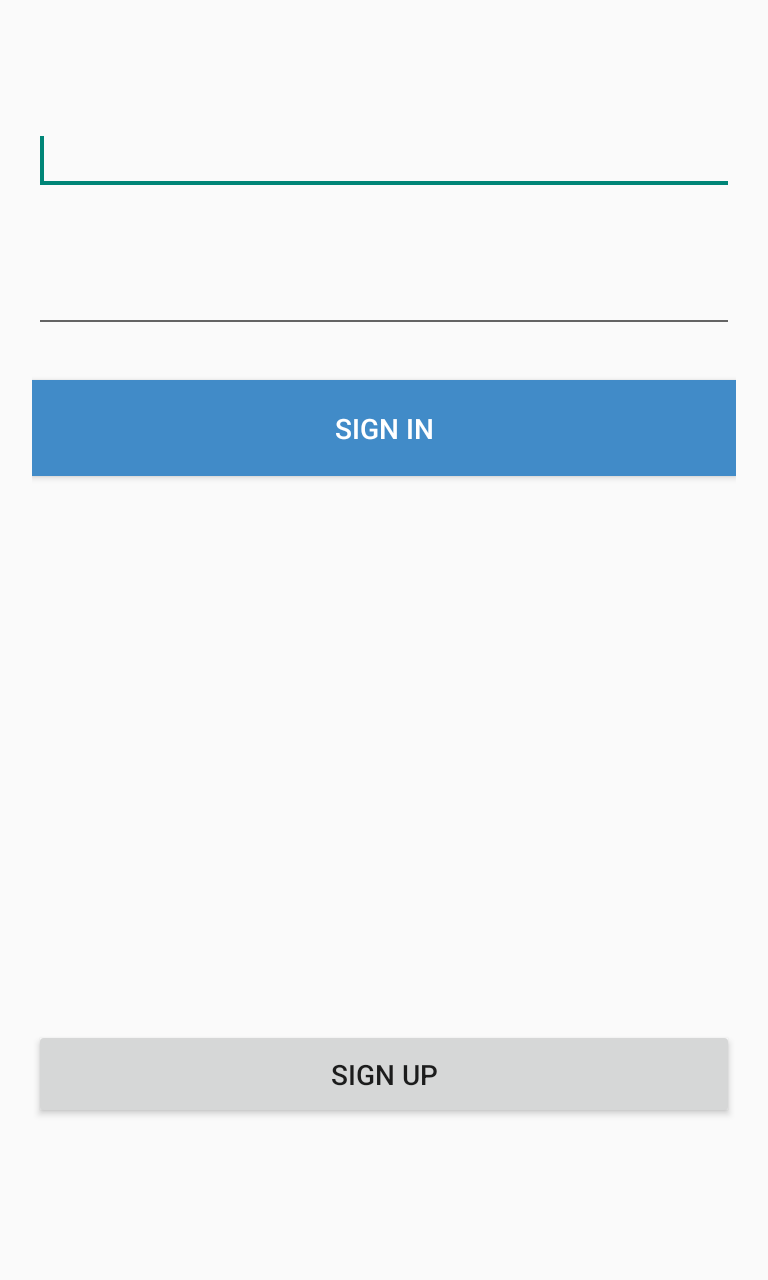
Repository: uditha2233/Anything
Layout: Local Android/AnyThing/AnyThing/res/layout/fragment_login.xml
The author's editor kept a copy of each file at every save. The layout is drawn from the files as they stood at one save, then again after the next save.
It is drawn on a 768 x 1280 px phone screen (xhdpi) without system bars, with theme AppTheme; the app's code is not run.

Above is the layout before, as saved 2014-05-29 03:39:03.

After the next save:
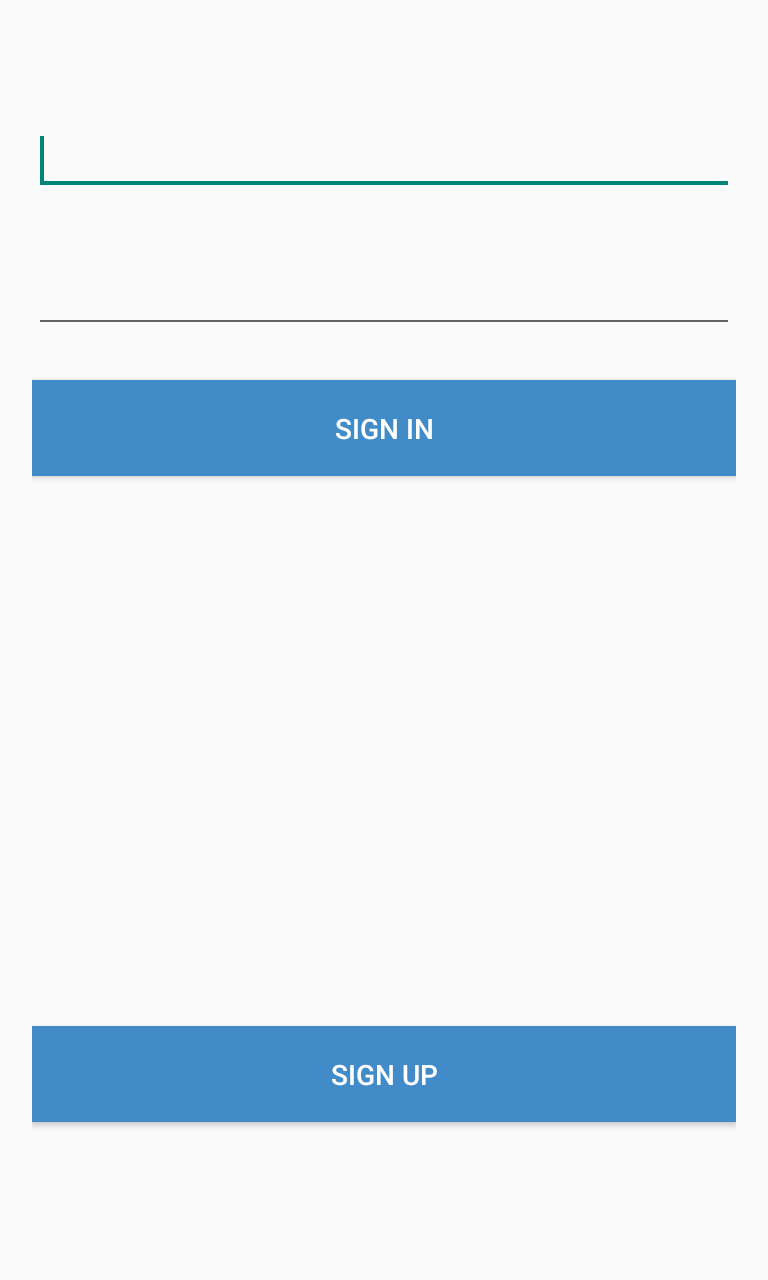
Saved 48 s later.
--- a/Local Android/AnyThing/AnyThing/res/layout/fragment_login.xml
+++ b/Local Android/AnyThing/AnyThing/res/layout/fragment_login.xml
@@ -56,6 +56,8 @@
         android:layout_alignRight="@+id/loginBtn"
         android:layout_marginBottom="63dp"
         android:text="@string/signup"
-        android:onClick="register"/>
+        android:onClick="register"
+        android:background="#418Bc8"
+        android:textColor="@android:color/white" />
 
 </RelativeLayout>
